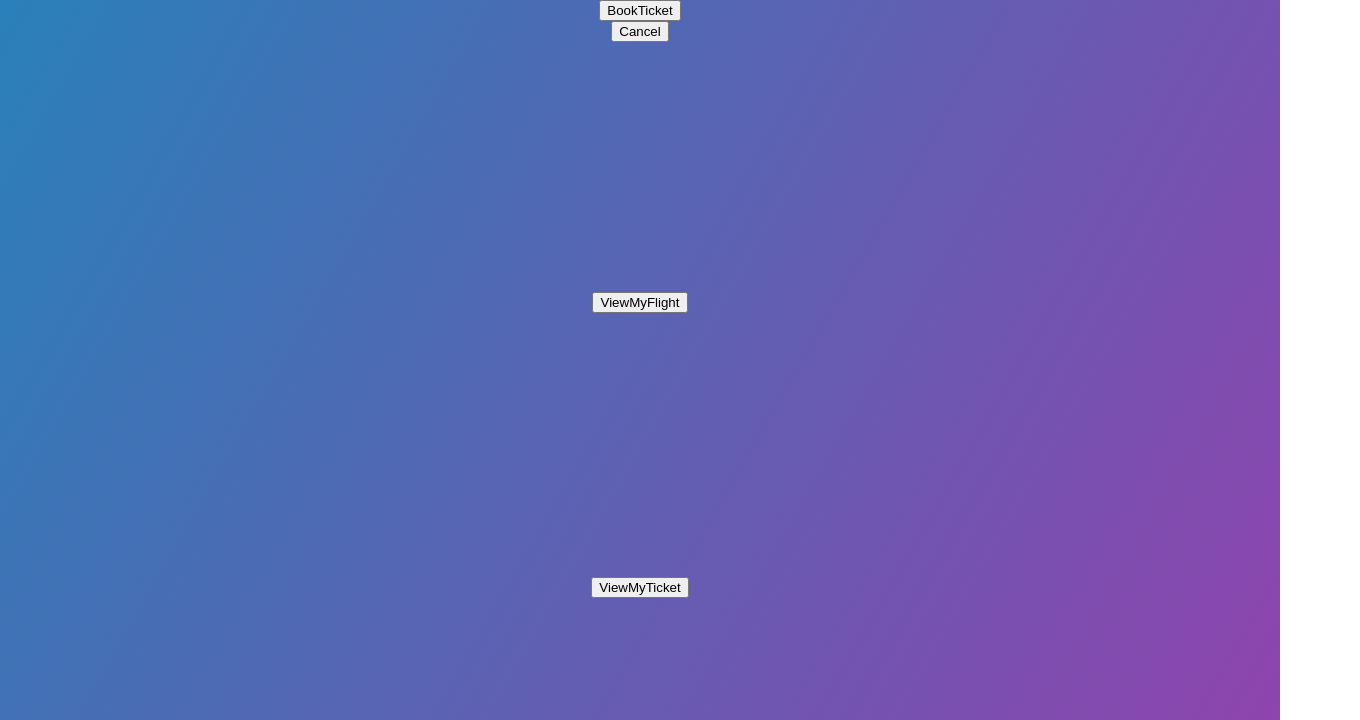
Repository: kalpesh3070/backend2
Page: flyaway/src/main/webapp/main.html
These files come from the project's save history. The page is drawn as it stood at one moment and after the next save; the edit follows.
The browser window is 1280 px wide. The page is 1280 px wide, then 1360 px, so the pictures cover 1360 px, including what lies to the right of the window. The pictures show the whole page.

Above is the page before, as saved 2022-11-14 16:15:48.

After the next save:
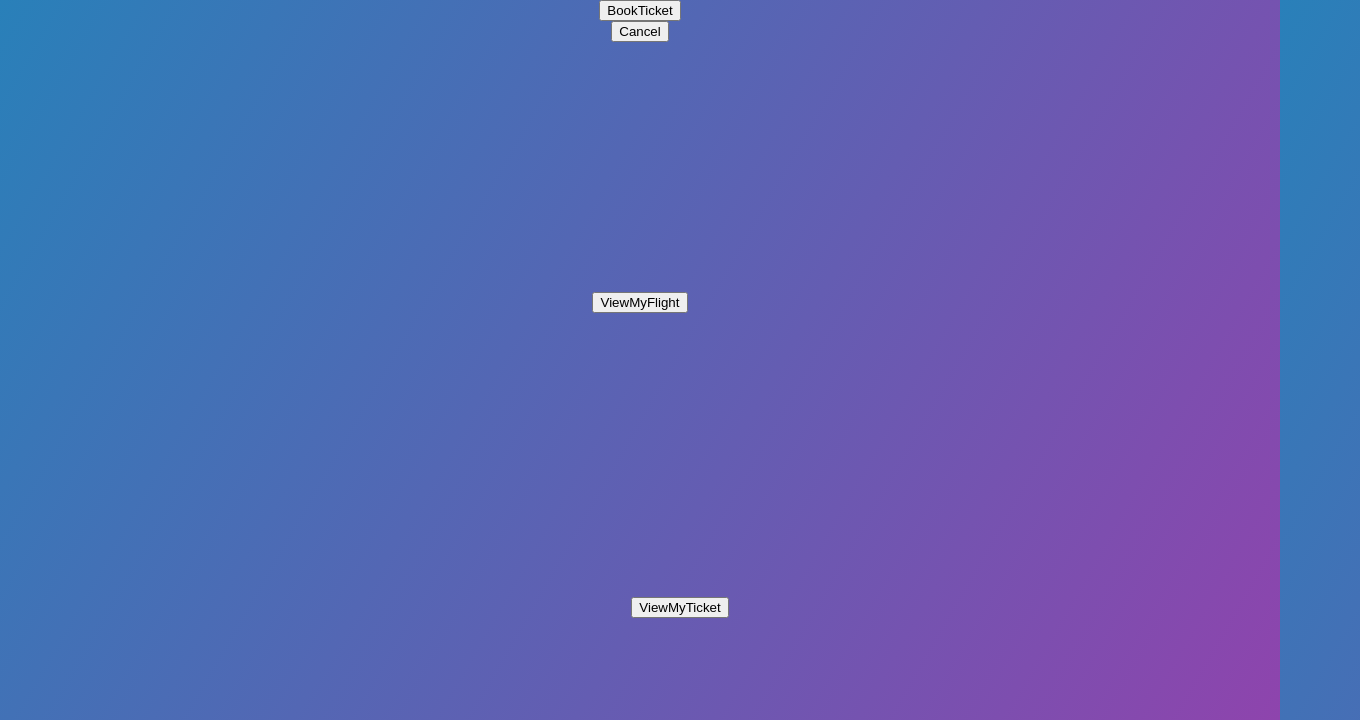
Saved 61 s later.
--- a/flyaway/src/main/webapp/main.css
+++ b/flyaway/src/main/webapp/main.css
@@ -13,6 +13,7 @@ overflow:hidden;
 	margin:250px auto;
 	size: 500px;
 	font-size:2em;
+	padding:20px 40px;
 }
 .view{
 	width : 100%;
